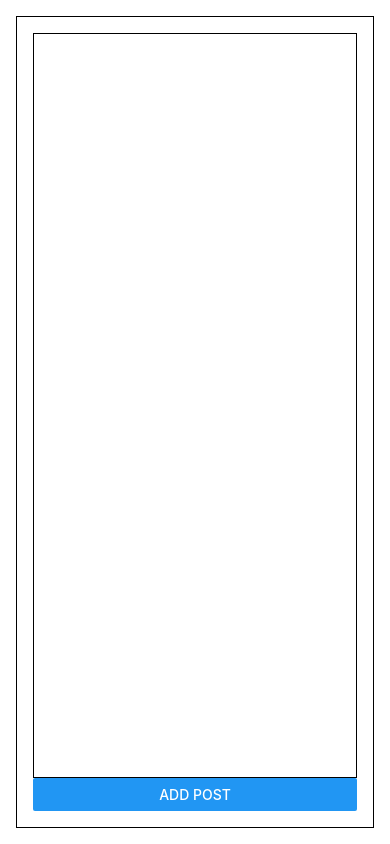
Repository: ntu34543/React-Native
Screen: / (app in demo/)
An editor plug-in stored every save of this project. The screen is shown before and after the next save, followed by the edit.
The page's requests for data from a server got no answer. The app was drawn by React Native's web renderer in a window 390 px wide. The project was rebuilt for these pictures with package versions that can differ from the ones it lists, and the page was loaded fresh each time. No one was signed in, and anything a server would have sent is missing.

Above is the screen before, as saved 2022-09-13 11:40:18.

### demo/App.js
import { StatusBar } from "expo-status-bar";
import { useEffect, useState } from "react";
import {
  Button,
  FlatList,
  StyleSheet,
  Text,
  View,
  TouchableOpacity,
} from "react-native";
import { AntDesign } from "@expo/vector-icons";

export default function App() {
  const [data, setData] = useState([]);

  const getPosts = () => {
    fetch("https://6995-14-224-144-137.ap.ngrok.io/posts")
      .then((res) => res.json())
      .then((resJson) => {
        console.log("data", resJson);
        setData(resJson);
      })
      .catch((e) => console.error(e));
  };

  const addPosts = (title, author) => {
    fetch("https://6995-14-224-144-137.ap.ngrok.io/posts", {
      method: "POST",
      headers: {
        "Content-Type": "application/json",
        Accept: "application/json",
      },
      body: JSON.stringify({
        title: title,
        author: author,
      }),
    })
      .then((res) => res.json())
      .then((resJson) => {
        console.log("data", resJson);
        setData(resJson);
      })
      .catch((e) => console.error(e));
  };

  useEffect(() => {
    getPosts();
  }, []);
  return (
    <View style={styles.container}>
      <StatusBar style="auto" />
      <FlatList
        style={styles.showItem}
        data={data}
        keyExtractor={(item, index) => index.toString()}
        renderItem={({ item }) => {
          return (
            <View style={styles.container}>
              <View></View>
              <View>
                <Text>{item.title}</Text>
                <Text>{item.author}</Text>
              </View>
              <TouchableOpacity>
                <AntDesign name="delete" size={24} />
              </TouchableOpacity>
            </View>
          );
        }}
      />
      <Button
        title="Add Post"
        onPress={() => {
          addPosts("title", "posts");
        }}
      />
    </View>
  );
}

const styles = StyleSheet.create({
  container: {
    flex: 1,
    backgroundColor: "#fff",
    justifyContent: "center",
    padding: 16,
    margin: 16,
    borderWidth: 1,
    borderColor: "black",
  },
  showItem: {
    borderWidth: 1,
    borderColor: "black",
  },
});

After the next save:
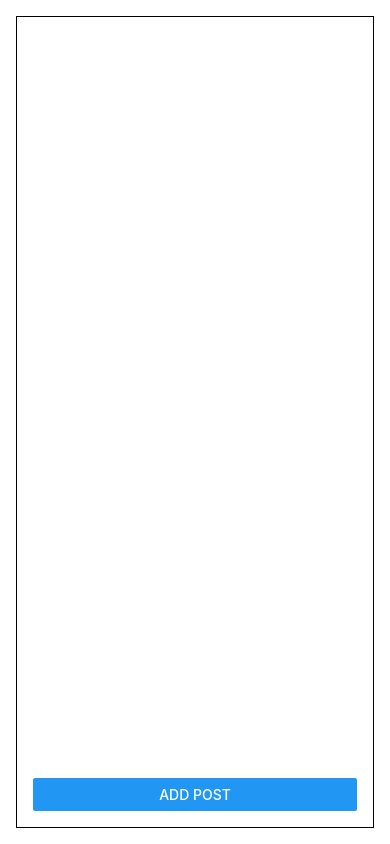
Saved 7 s later.
--- a/demo/App.js
+++ b/demo/App.js
@@ -89,7 +89,6 @@ const styles = StyleSheet.create({
     borderColor: "black",
   },
   showItem: {
-    borderWidth: 1,
-    borderColor: "black",
+
   },
 });
